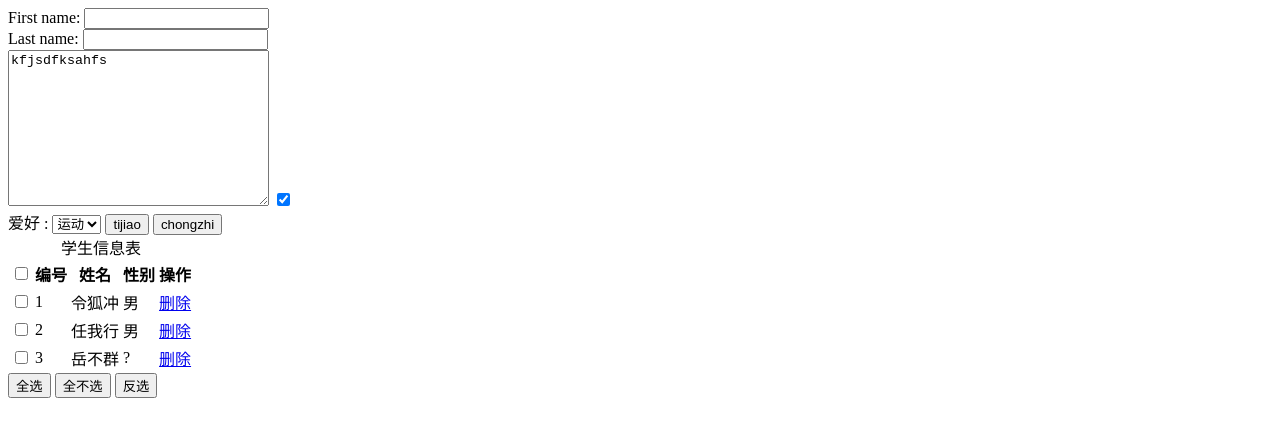
Repository: N1connys/person
Page: review.html
The author's editor kept a copy of each file at every save. The page is drawn from the files as they stood at one save, then again after the next save.
The browser window is 1280 px wide. The pictures show the whole page.

Above is the page before, as saved 2023-02-20 23:12:30.
Console error: ReferenceError: windows is not defined

After the next save:
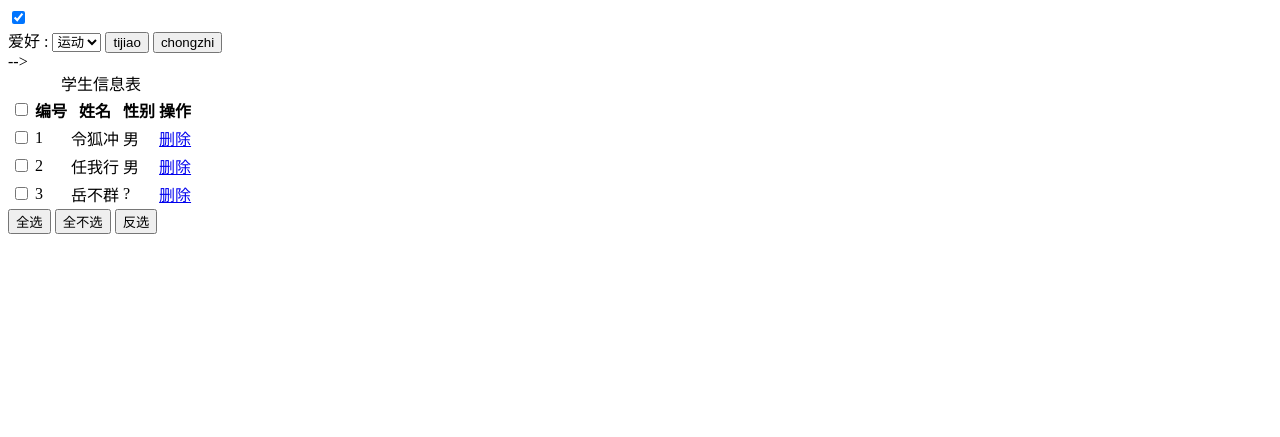
Saved 24 s later.
--- a/review.html
+++ b/review.html
@@ -7,7 +7,7 @@
     <title>Document</title>
 </head>
 <body>
-    <form action="">
+    <!-- <form action="">
 First name: <input type="text" name="firstname"><br>
 Last name: <input type="password" name="lastname">
 </form>
@@ -25,7 +25,7 @@ Last name: <input type="password" name="lastname">
     </select>
     <input type="submit" value="tijiao">
     <input type="reset" value="chongzhi">
-</form>
+</form> -->
 
 
     <table>
